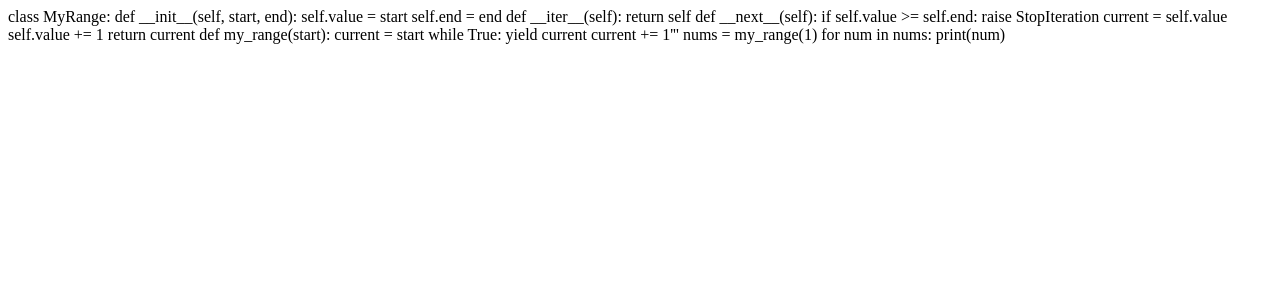
Repository: JAYAPRAKASH7541/jai7541
Page: python_sample_package/simple.html
The author's editor kept a record of every edit. The page is drawn from the files as they stood at one moment, then again after the next edit.
The browser window is 1280 px wide. The pictures show the whole page.

Above is the page before.

### python_sample_package/simple.html

class MyRange:

    def __init__(self, start, end):
        self.value = start
        self.end = end

    def __iter__(self):
        return self

    def __next__(self):
        if self.value >= self.end:
            raise StopIteration
        current = self.value
        self.value += 1
        return current


def my_range(start):
    current = start
    while True:
        yield current
        current += 1'''


nums = my_range(1)

for num in nums:
    print(num)

After the next edit:
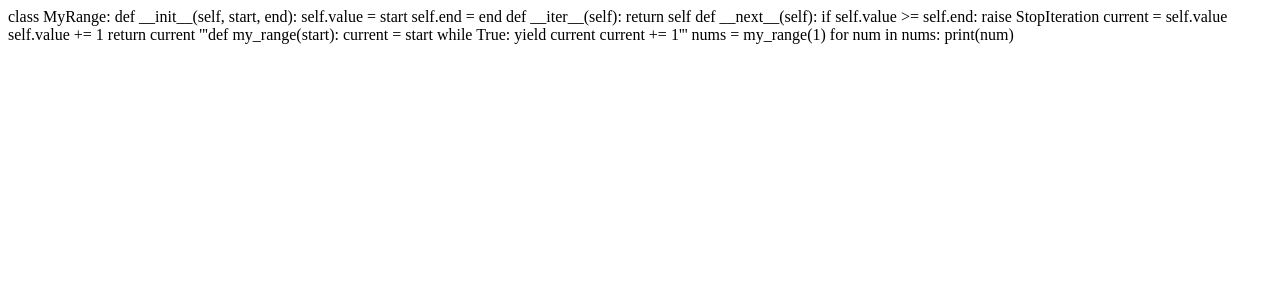
The edit:
--- a/python_sample_package/simple.html
+++ b/python_sample_package/simple.html
@@ -16,7 +16,7 @@
         return current
 
 
-def my_range(start):
+'''def my_range(start):
     current = start
     while True:
         yield current
